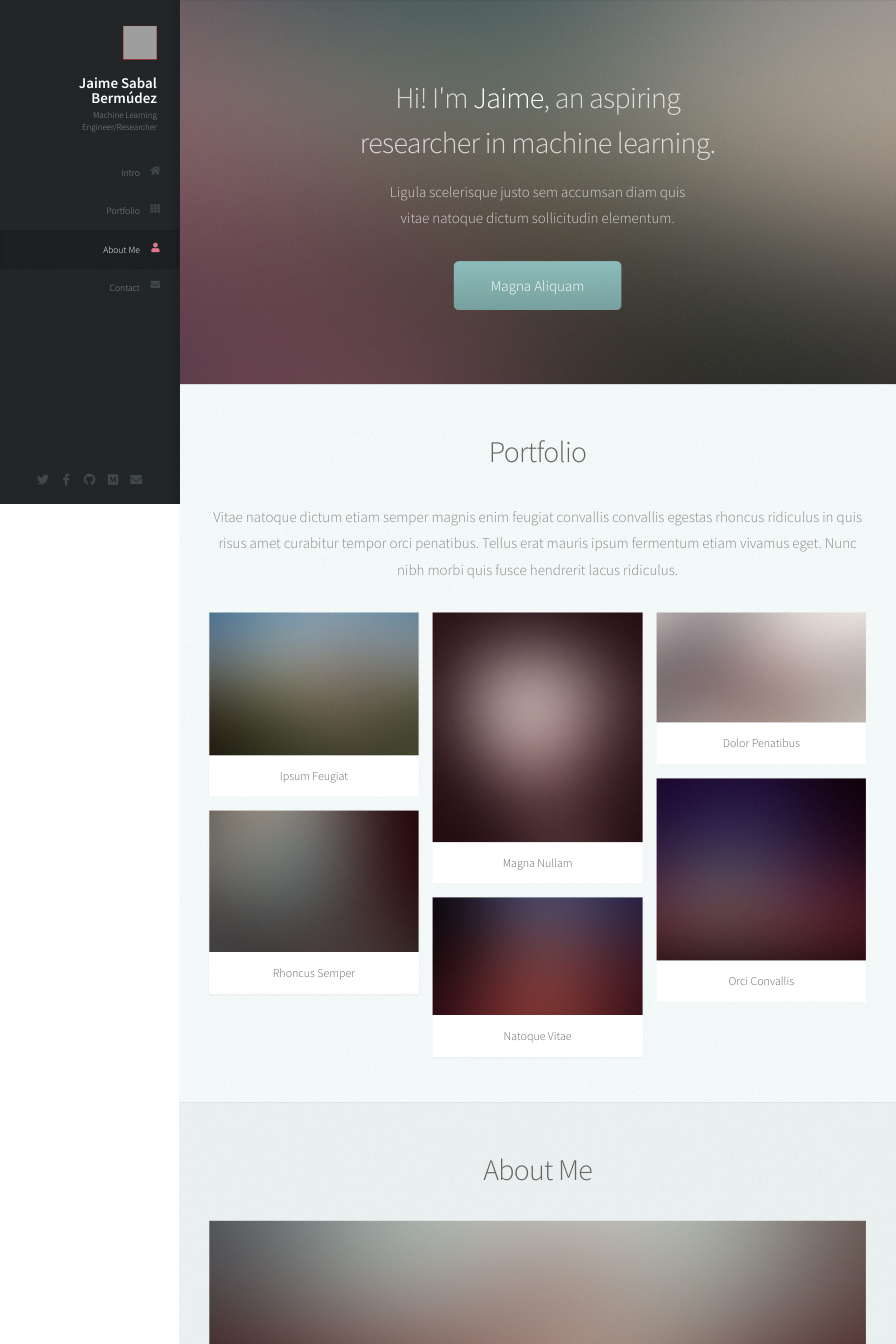
Repository: jaimesabalimperial/jaimesabalimperial.github.io
Page: index.html
An editor plug-in stored every save of this project. The page is shown before and after the next save, followed by the edit.
The browser window is 1280 px wide. The pictures show the part of the page from y = 0 to 1920 px (the page is 3341 px tall before and 3303 px after), at 70% of full size.
Pictures or frames that could not be fetched are drawn as grey boxes.

Above is the page before, as saved 2022-10-04 11:33:14.

### index.html
<!DOCTYPE HTML>
<!--
	Prologue by HTML5 UP
	html5up.net | @ajlkn
	Free for personal and commercial use under the CCA 3.0 license (html5up.net/license)
-->
<html>
	<head>
		<title>Prologue by HTML5 UP</title>
		<meta charset="utf-8" />
		<meta name="viewport" content="width=device-width, initial-scale=1, user-scalable=no" />
		<link rel="stylesheet" href="assets/css/main.css" />
	</head>
	<body class="is-preload">

		<!-- Header -->
			<div id="header">

				<div class="top">

					<!-- Logo -->
						<div id="logo">
							<span class="image avatar48"><img src="images/profile2.jpeg" alt="" /></span>
							<h1 id="title">Jaime Sabal Bermúdez</h1>
							<p>Machine Learning Engineer/Researcher</p>
						</div>

					<!-- Nav -->
						<nav id="nav">
							<ul>
								<li><a href="#top" id="top-link"><span class="icon solid fa-home">Intro</span></a></li>
								<li><a href="#portfolio" id="portfolio-link"><span class="icon solid fa-th">Portfolio</span></a></li>
								<li><a href="#about" id="about-link"><span class="icon solid fa-user">About Me</span></a></li>
								<li><a href="#contact" id="contact-link"><span class="icon solid fa-envelope">Contact</span></a></li>
							</ul>
						</nav>

				</div>

				<div class="bottom">

					<!-- Social Icons -->
						<ul class="icons">
							<li><a href="#" class="icon brands fa-twitter"><span class="label">Twitter</span></a></li>
							<li><a href="#" class="icon brands fa-facebook-f"><span class="label">Facebook</span></a></li>
							<li><a href="https://github.com/jaimesabalimperial" class="icon brands fa-github"><span class="label">Github</span></a></li>
							<li><a href="https://medium.com/@jsabalb" class="icon brands fa-medium"><span class="label">Medium</span></a></li>
							<li><a href="mailto: jsabalb@gmail.com" class="icon solid fa-envelope"><span class="label">Email</span></a></li>
						</ul>

				</div>

			</div>

		<!-- Main -->
			<div id="main">

				<!-- Intro -->
					<section id="top" class="one dark cover">
						<div class="container">

							<header>
								<h2 class="alt">Hi! I'm <strong>Jaime</strong>, an aspiring <br />
								researcher in machine learning</a>.</h2>
								<p>Ligula scelerisque justo sem accumsan diam quis<br />
								vitae natoque dictum sollicitudin elementum.</p>
							</header>

							<footer>
								<a href="#portfolio" class="button scrolly">Magna Aliquam</a>
							</footer>

						</div>
					</section>

				<!-- Portfolio -->
					<section id="portfolio" class="two">
						<div class="container">

							<header>
								<h2>Portfolio</h2>
							</header>

							<p>Vitae natoque dictum etiam semper magnis enim feugiat convallis convallis
							egestas rhoncus ridiculus in quis risus amet curabitur tempor orci penatibus.
							Tellus erat mauris ipsum fermentum etiam vivamus eget. Nunc nibh morbi quis
							fusce hendrerit lacus ridiculus.</p>

							<div class="row">
								<div class="col-4 col-12-mobile">
									<article class="item">
										<a href="#" class="image fit"><img src="images/pic02.jpg" alt="" /></a>
										<header>
											<h3>Ipsum Feugiat</h3>
										</header>
									</article>
									<article class="item">
										<a href="#" class="image fit"><img src="images/pic03.jpg" alt="" /></a>
										<header>
											<h3>Rhoncus Semper</h3>
										</header>
									</article>
								</div>
								<div class="col-4 col-12-mobile">
									<article class="item">
										<a href="#" class="image fit"><img src="images/pic04.jpg" alt="" /></a>
										<header>
											<h3>Magna Nullam</h3>
										</header>
									</article>
									<article class="item">
										<a href="#" class="image fit"><img src="images/pic05.jpg" alt="" /></a>
										<header>
											<h3>Natoque Vitae</h3>
										</header>
									</article>
								</div>
								<div class="col-4 col-12-mobile">
									<article class="item">
										<a href="#" class="image fit"><img src="images/pic06.jpg" alt="" /></a>
										<header>
											<h3>Dolor Penatibus</h3>
										</header>
									</article>
									<article class="item">
										<a href="#" class="image fit"><img src="images/pic07.jpg" alt="" /></a>
										<header>
											<h3>Orci Convallis</h3>
										</header>
									</article>
								</div>
							</div>

						</div>
					</section>

				<!-- About Me -->
					<section id="about" class="three">
						<div class="container">

							<header>
								<h2>About Me</h2>
							</header>

							<a href="#" class="image featured"><img src="images/pic08.jpg" alt="" /></a>

							<p>Tincidunt eu elit diam magnis pretium accumsan etiam id urna. Ridiculus
							ultricies curae quis et rhoncus velit. Lobortis elementum aliquet nec vitae
							laoreet eget cubilia quam non etiam odio tincidunt montes. Elementum sem
							parturient nulla quam placerat viverra mauris non cum elit tempus ullamcorper
							dolor. Libero rutrum ut lacinia donec curae mus vel quisque sociis nec
							ornare iaculis.</p>

						</div>
					</section>

				<!-- Contact -->
					<section id="contact" class="four">
						<div class="container">

							<header>
								<h2>Contact</h2>
							</header>

							<p>Elementum sem parturient nulla quam placerat viverra
							mauris non cum elit tempus ullamcorper dolor. Libero rutrum ut lacinia
							donec curae mus. Eleifend id porttitor ac ultricies lobortis sem nunc
							orci ridiculus faucibus a consectetur. Porttitor curae mauris urna mi dolor.</p>

							<form method="post" action="#">
								<div class="row">
									<div class="col-6 col-12-mobile"><input type="text" name="name" placeholder="Name" /></div>
									<div class="col-6 col-12-mobile"><input type="text" name="email" placeholder="Email" /></div>
									<div class="col-12">
										<textarea name="message" placeholder="Message"></textarea>
									</div>
									<div class="col-12">
										<input type="submit" value="Send Message" />
									</div>
								</div>
							</form>

						</div>
					</section>

			</div>

		<!-- Footer -->
			<div id="footer">

				<!-- Copyright -->
					<ul class="copyright">
						<li>&copy; Untitled. All rights reserved.</li><li>Design: <a href="http://html5up.net">HTML5 UP</a></li>
					</ul>

			</div>

		<!-- Scripts -->
			<script src="assets/js/jquery.min.js"></script>
			<script src="assets/js/jquery.scrolly.min.js"></script>
			<script src="assets/js/jquery.scrollex.min.js"></script>
			<script src="assets/js/browser.min.js"></script>
			<script src="assets/js/breakpoints.min.js"></script>
			<script src="assets/js/util.js"></script>
			<script src="assets/js/main.js"></script>

	</body>
</html>

Loaded but not shown: assets/css/fontawesome-all.min.css (library); assets/js/jquery.min.js (library); assets/js/jquery.scrolly.min.js (common file); assets/js/jquery.scrollex.min.js (common file); assets/js/browser.min.js (common file); assets/js/breakpoints.min.js (common file); assets/js/util.js (587 lines, source omitted); assets/js/main.js (123 lines, source omitted); assets/css/main.css (2633 lines, source omitted)

After the next save:
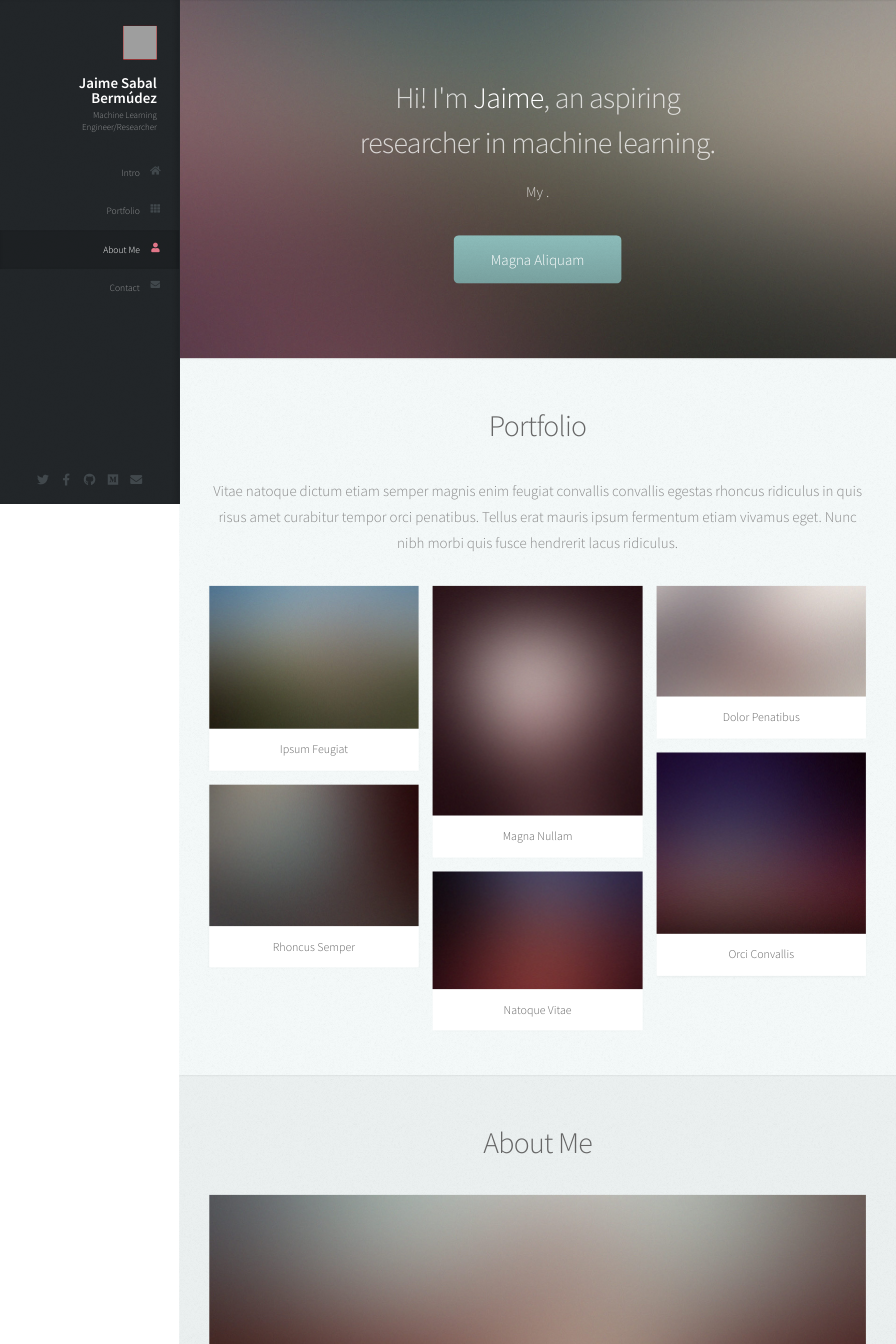
Saved 5 s later.
--- a/index.html
+++ b/index.html
@@ -62,8 +62,7 @@
 							<header>
 								<h2 class="alt">Hi! I'm <strong>Jaime</strong>, an aspiring <br />
 								researcher in machine learning</a>.</h2>
-								<p>Ligula scelerisque justo sem accumsan diam quis<br />
-								vitae natoque dictum sollicitudin elementum.</p>
+								<p>My .</p>
 							</header>
 
 							<footer>
